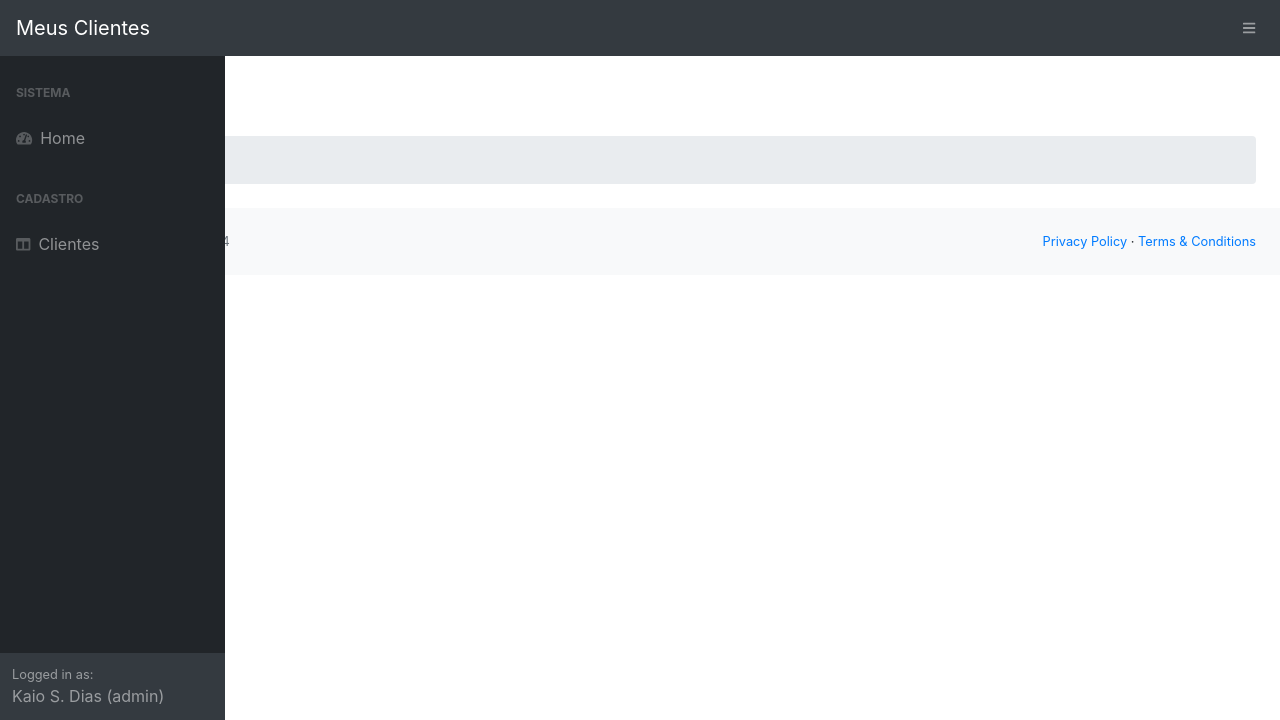
Repository: Kaio-Dias/Angular-Springboot
Page: /users-form (app in Frontend/clients-app/)
The author's editor kept a copy of each file at every save. The page is drawn from the files as they stood at one save, then again after the next save.
The browser window is 1280 px wide. The pictures show the whole page.
Some web libraries are served in a nearby version. The project was rebuilt for these pictures with package versions that can differ from the ones it lists, and the page was loaded fresh each time. Also part of the build but not shown: Frontend/clients-app/angular.json, Frontend/clients-app/src/app/home/home.component.ts.

Above is the page before, as saved 2024-07-03 15:22:09.

After the next save:
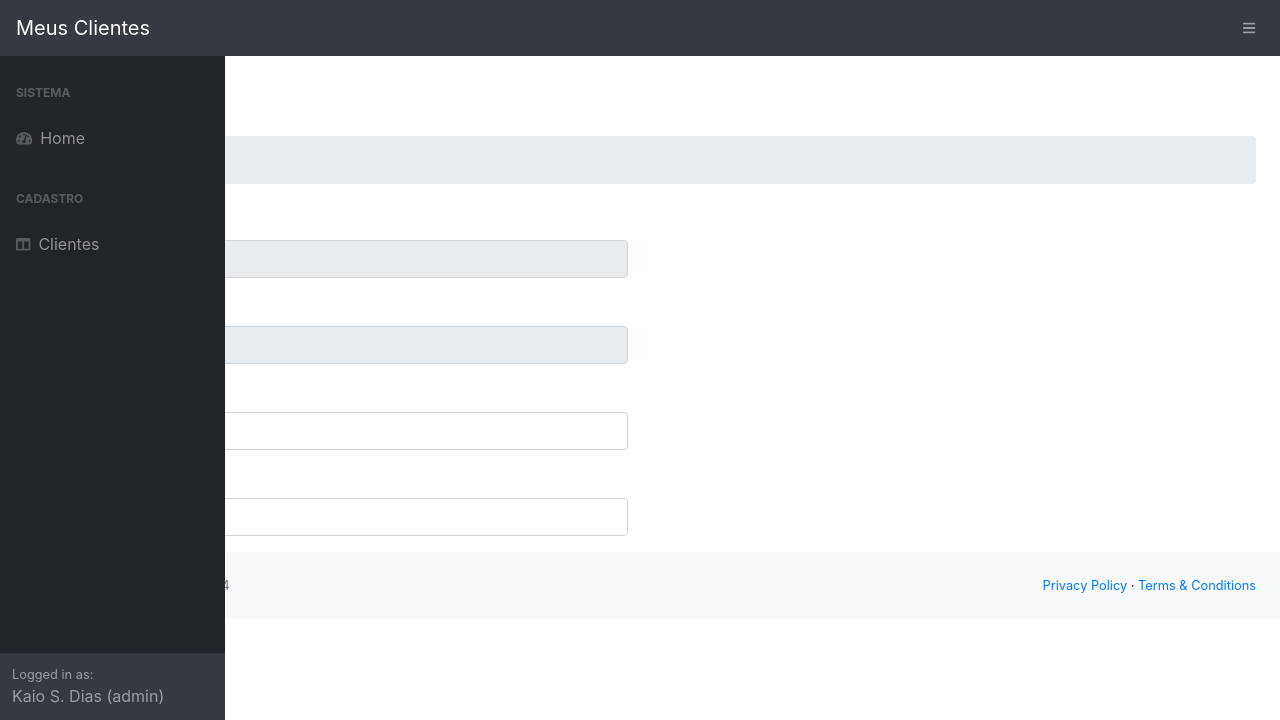
Saved 10 min 36 s later.
--- a/Frontend/clients-app/src/app/users/users-form/users-form.component.html
+++ b/Frontend/clients-app/src/app/users/users-form/users-form.component.html
@@ -2,3 +2,42 @@
 <ol class="breadcrumb mb-4">
     <li class="breadcrumb-item active">Cadastro</li>
 </ol>
+<div class="container">
+    <form>
+        <div class="row">
+            <div class="col-md-6">
+                <div class="form-group">
+                    <label>ID: </label>
+                    <input type="text" class="form-control" disabled="true">
+                </div>
+            </div>
+        </div>
+
+        <div class="row">
+            <div class="col-md-6">
+                <div class="form-group">
+                    <label>Data Cadastro: </label>
+                    <input type="text" class="form-control" disabled="true">
+                </div>
+            </div>
+        </div>
+
+        <div class="row">
+            <div class="col-md-6">
+                <div class="form-group">
+                    <label>Nome: *</label>
+                    <input type="text" class="form-control">
+                </div>
+            </div>
+        </div>
+
+        <div class="row">
+            <div class="col-md-6">
+                <div class="form-group">
+                    <label>CPF: *</label>
+                    <input type="text" class="form-control">
+                </div>
+            </div>
+        </div>
+    </form>
+</div>
